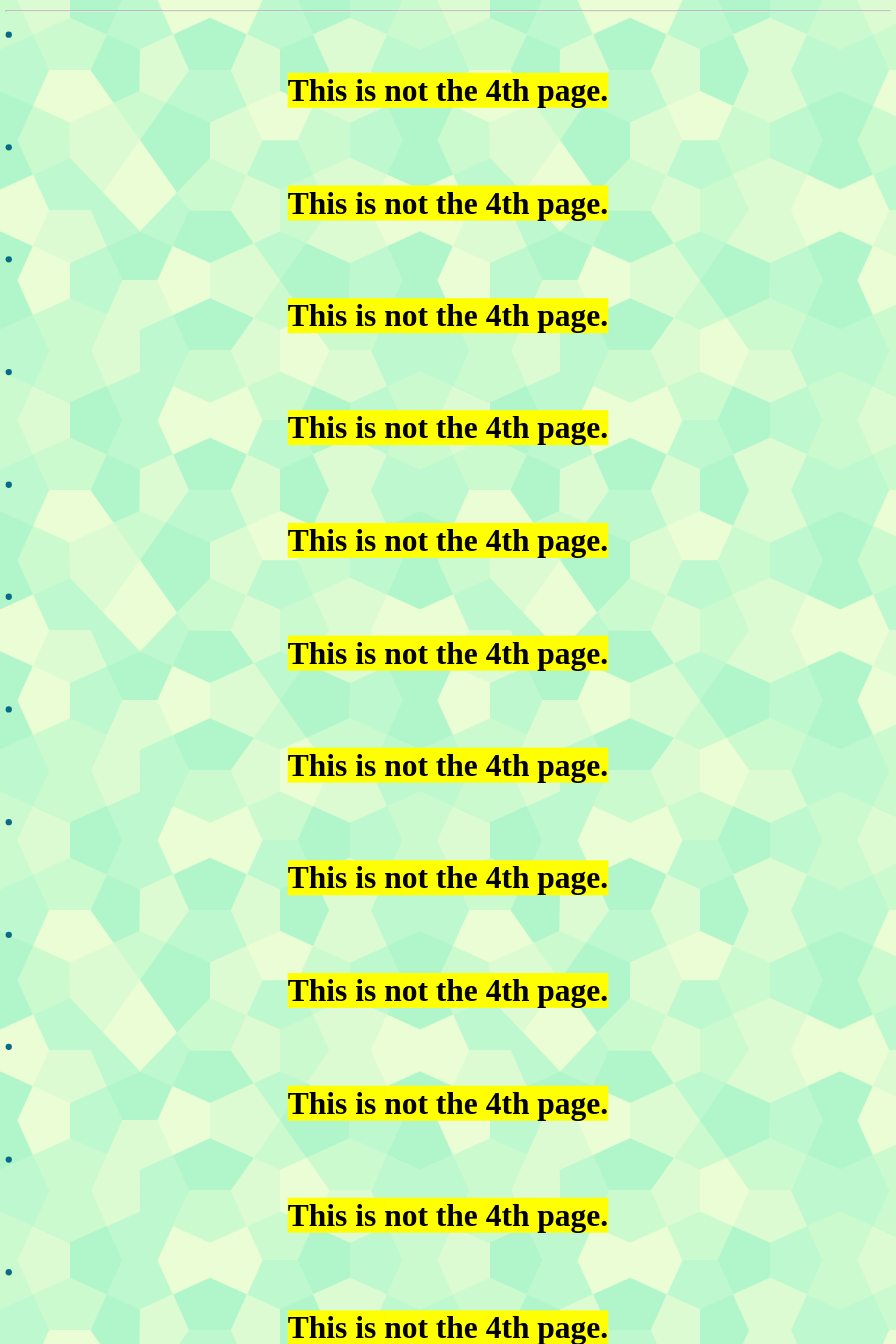
Repository: yiy225/yiy225.github.io
Page: page 4.1.html
The author's editor kept a record of every edit. The page is drawn from the files as they stood at one moment, then again after the next edit.
The browser window is 1280 px wide. The pictures show the part of the page from y = 0 to 1920 px (the page is 7762 px tall before and 4099 px after), at 70% of full size.

Above is the page before.

### page 4.1.html
<!DOCTYPE html>
<html>
    <head>
        <title>4.1 page</title>
        <link href="column.css" rel="stylesheet">
    </head>
<body bgcolor= #007799>
        <hr / border="5">
        <li><center><h2><mark>This is not the 4th page.</mark></font></h2></center></li>
        <li><center><h2><mark>This is not the 4th page.</mark></font></h2></center></li>
        <li><center><h2><mark>This is not the 4th page.</mark></font></h2></center></li>
        <li><center><h2><mark>This is not the 4th page.</mark></font></h2></center></li>
        <li><center><h2><mark>This is not the 4th page.</mark></font></h2></center></li>
        <li><center><h2><mark>This is not the 4th page.</mark></font></h2></center></li>
        <li><center><h2><mark>This is not the 4th page.</mark></font></h2></center></li>
        <li><center><h2><mark>This is not the 4th page.</mark></font></h2></center></li>
        <li><center><h2><mark>This is not the 4th page.</mark></font></h2></center></li>
        <li><center><h2><mark>This is not the 4th page.</mark></font></h2></center></li>
        <li><center><h2><mark>This is not the 4th page.</mark></font></h2></center></li>
        <li><center><h2><mark>This is not the 4th page.</mark></font></h2></center></li>
        <li><center><h2><mark>This is not the 4th page.</mark></font></h2></center></li>
        <li><center><h2><mark>This is not the 4th page.</mark></font></h2></center></li>
        <li><center><h2><mark>This is not the 4th page.</mark></font></h2></center></li>
        <li><center><h2><mark>This is not the 4th page.</mark></font></h2></center></li>
        <li><center><h2><mark>This is not the 4th page.</mark></font></h2></center></li>
        <li><center><h2><mark>This is not the 4th page.</mark></font></h2></center></li>
        <li><center><h2><mark>This is not the 4th page.</mark></font></h2></center></li>
        <li><center><h2><mark>This is not the 4th page.</mark></font></h2></center></li>
        <li><center><h2><mark>This is not the 4th page.</mark></font></h2></center></li>
        <li><center><h2><mark>This is not the 4th page.</mark></font></h2></center></li>
        <li><center><h2><mark>This is not the 4th page.</mark></font></h2></center></li>
        <li><center><h2><mark>This is not the 4th page.</mark></font></h2></center></li>
        <li><center><h2><mark>This is not the 4th page.</mark></font></h2></center></li>
        <li><center><h2><mark>This is not the 4th page.</mark></font></h2></center></li>
        <li><center><h2><mark>This is not the 4th page.</mark></font></h2></center></li>
        <li><center><h2><mark>This is not the 4th page.</mark></font></h2></center></li>
        <li><center><h2><mark>This is not the 4th page.</mark></font></h2></center></li>
        <li><center><h2><mark>This is not the 4th page.</mark></font></h2></center></li>
        <li><center><h2><mark>This is not the 4th page.</mark></font></h2></center></li>
        <li><center><h2><mark>This is not the 4th page.</mark></font></h2></center></li>
        <li><center><h2><mark>This is not the 4th page.</mark></font></h2></center></li>
        <li><center><h2><mark>This is not the 4th page.</mark></font></h2></center></li>
        <li><center><h2><mark>This is not the 4th page.</mark></font></h2></center></li>
        <li><center><h2><mark>This is not the 4th page.</mark></font></h2></center></li>
        <li><center><h2><mark>This is not the 4th page.</mark></font></h2></center></li>
        <li><center><h2><mark>This is not the 4th page.</mark></font></h2></center></li>
        <li><center><h2><mark>This is not the 4th page.</mark></font></h2></center></li>
        <li><center><h2><mark>This is not the 4th page.</mark></font></h2></center></li>
        <li><center><h2><mark>This is not the 4th page.</mark></font></h2></center></li>
        <li><center><h2><mark>This is not the 4th page.</mark></font></h2></center></li>
        <li><center><h2><mark>This is not the 4th page.</mark></font></h2></center></li>
        <li><center><h2><mark>This is not the 4th page.</mark></font></h2></center></li>
        <li><center><h2><mark>This is not the 4th page.</mark></font></h2></center></li>
        <li><center><h2><mark>This is not the 4th page.</mark></font></h2></center></li>
        <li><center><h2><mark>This is not the 4th page.</mark></font></h2></center></li>
        <li><center><h2><mark>This is not the 4th page.</mark></font></h2></center></li>
        <hr / border="5">
    </body>
</html>

### column.css
body {
    background-image:url(indexbg.png);
    background-repeat: repeat;
    color: #086A87;
    font-size: 30px;
}

.canvas {
    width: 300px;
    height: 600px;
    background-color: black;
    position: relative;
}

.box {
    width: 20px;
    height: 100px;
    background-color: yellow;
    position: absolute;
    top: 40px;
    right: 20px;
}

.circle {
    width: 100px;
    height: 100px;
    border-radius: 100%;
    background-color: red;
    position: absolute;
    bottom: 40px;
    left: 30px;
}

.sprite {
    width: 200px;
    height: 200px;
    background-image: url(sprite.jpg);
    background-repeat: no-repeat;
    display: block;
    text-indent: 100%;
    white-space: nowrap;
    overflow: hidden;
}

.sprite:hover {
    background-position: -200px 0;
}

.sprite:active {
    background-position: -400px 0;
}

.wrapper {
    width: 400px;
}

.column {
    width: 160px;
    padding: 20px;
    float: right;
    height: 200px;
    overflow: auto;
}

.clear {
    clear: both;
}

.one {
    width: 200px;
    height: 200px;
    background-image:url(cat.jpg);
    background-repeat: no-repeat;
    background-position: 68% 1%;
    position: fixed;
    bottom: 20px;
    right: 100px;
    border-radius: 100%;
    border: solid #086A87 5px;
    cursor: pointer;
}

.one:hover {
    background-position:250px;
}

.catword{
    position:fixed;
    bottom: 150px;
    right: 300px;
}

After the next edit:
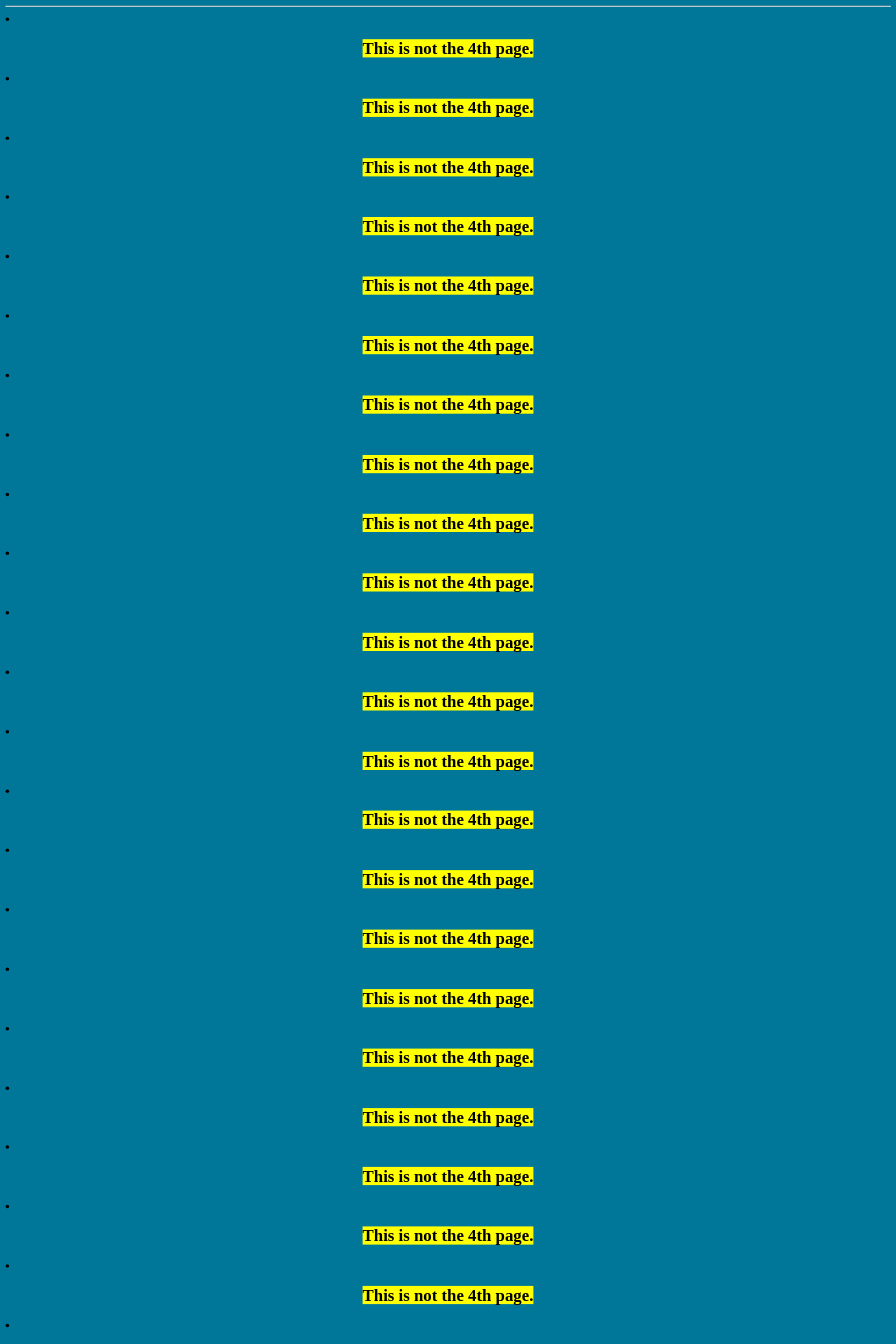
The edit:
--- a/page 4.1.html
+++ b/page 4.1.html
@@ -2,7 +2,6 @@
 <html>
     <head>
         <title>4.1 page</title>
-        <link href="column.css" rel="stylesheet">
     </head>
 <body bgcolor= #007799>
         <hr / border="5">
